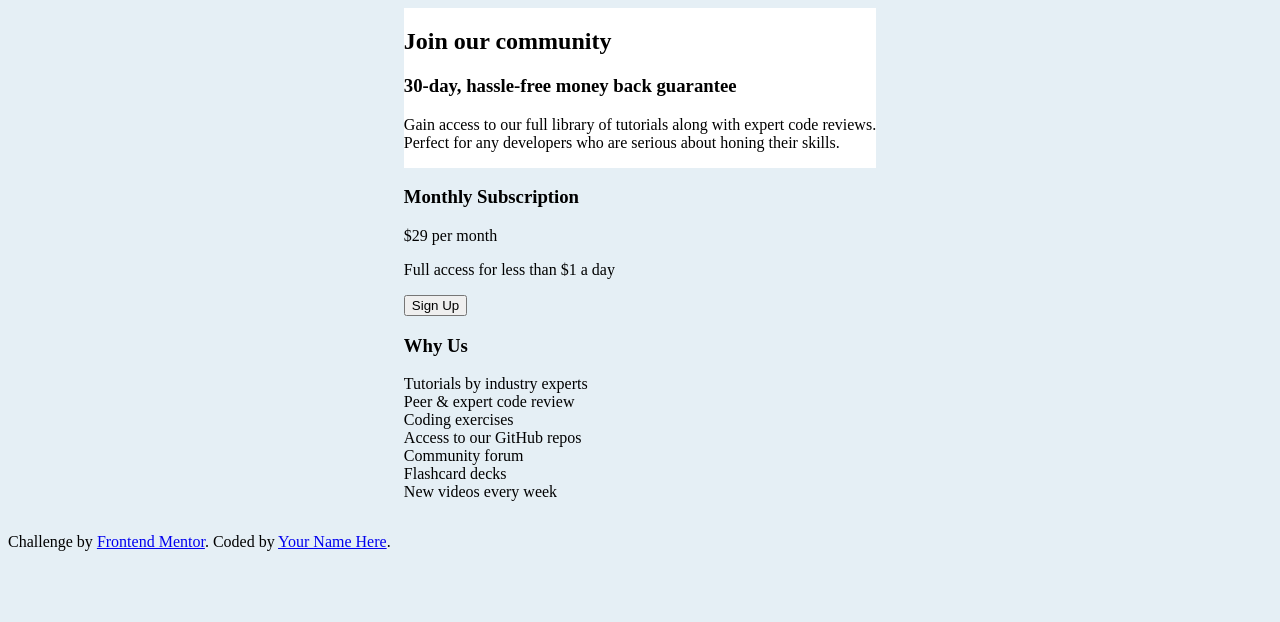
Repository: jminervino/PriceGridComponent
Page: index.html
An editor plug-in stored every save of this project. The page is shown before and after the next save, followed by the edit.
The browser window is 1280 px wide. The pictures show the whole page.

Above is the page before, as saved 2022-02-07 10:46:52.

### index.html
<!DOCTYPE html>
<html lang="en">
<head>
  <meta charset="UTF-8">
  <meta name="viewport" content="width=device-width, initial-scale=1.0"> <!-- displays site properly based on user's device -->

  <link rel="icon" type="image/png" sizes="32x32" href="./images/favicon-32x32.png">
  <link rel="stylesheet" href="style.css">

  <title>Frontend Mentor | Single Price Grid Component</title>

  <!-- Feel free to remove these styles or customise in your own stylesheet 👍 -->
  <style>
    .attribution { font-size: 11px; text-align: center; }
    .attribution a { color: hsl(228, 45%, 44%); }
  </style>
</head>
<body>
    <section>
        <div class="container">
            <div class="box-one">
                <h2>Join our community</h2>
                <h3>30-day, hassle-free money back guarantee</h3>
                <p>
                    Gain access to our full library of tutorials along with expert code reviews. <br>
                    Perfect for any developers who are serious about honing their skills.
                </p>
            </div>
            <div class="box-two">
                <h3>Monthly Subscription</h3>
                <p><span>&dollar;</span>29 per month</p>
                <p>Full access for less than &dollar;1 a day</p>
                <button>Sign Up</button>
            </div>
            <div class="box-three">
                <h3>Why Us</h3>
                <p>
                    Tutorials by industry experts <br>
                    Peer &amp; expert code review <br>
                    Coding exercises <br>
                    Access to our GitHub repos <br>
                    Community forum <br>
                    Flashcard decks <br>
                    New videos every week <br>
                </p>
            </div>
        </div>
    </section>
  <footer>
    <p>
      Challenge by <a href="https://www.frontendmentor.io?ref=challenge" target="_blank">Frontend Mentor</a>.
      Coded by <a href="#">Your Name Here</a>.
    </p>
  </footer>
</body>
</html>

### style.css
@import url('https://fonts.googleapis.com/css2?family=Karla:ital,wght@0,200;1,200&family=Open+Sans+Condensed:wght@300&family=Quicksand:wght@300;400;500;600;700&display=swap');

body {
    background-color: hsl(204, 43%, 93%);
}

.container {
    display: grid;
    align-items: center;
    justify-content: center;
    flex-direction: column;
}

.box-one {
    background-color: #ffffff;
}

After the next save:
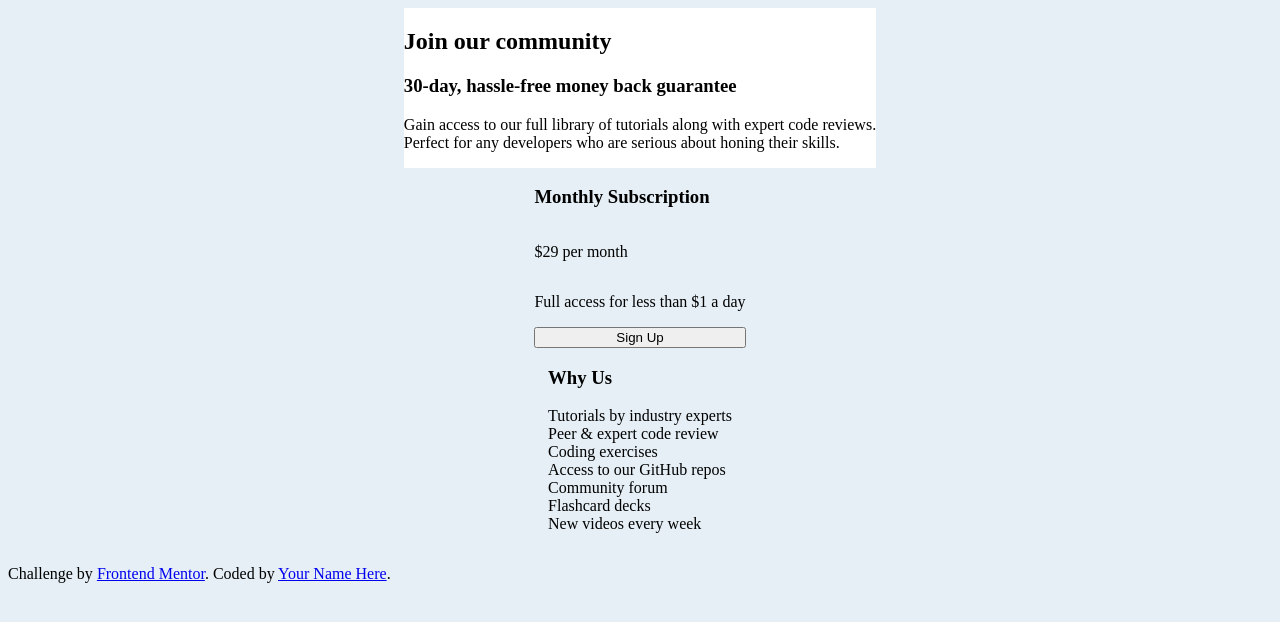
Saved 21 s later.
--- a/style.css
+++ b/style.css
@@ -5,12 +5,24 @@ body {
 }
 
 .container {
-    display: grid;
+    display: flex;
     align-items: center;
-    justify-content: center;
     flex-direction: column;
 }
 
-.box-one {
+.box-one  {
     background-color: #ffffff;
 }
+
+
+.box-two {
+    display: grid;
+}
+
+.item-one {
+    background-color: hsl(179, 62%, 43%);
+}
+
+.item-two {
+    background-color: #4abebd;
+}
